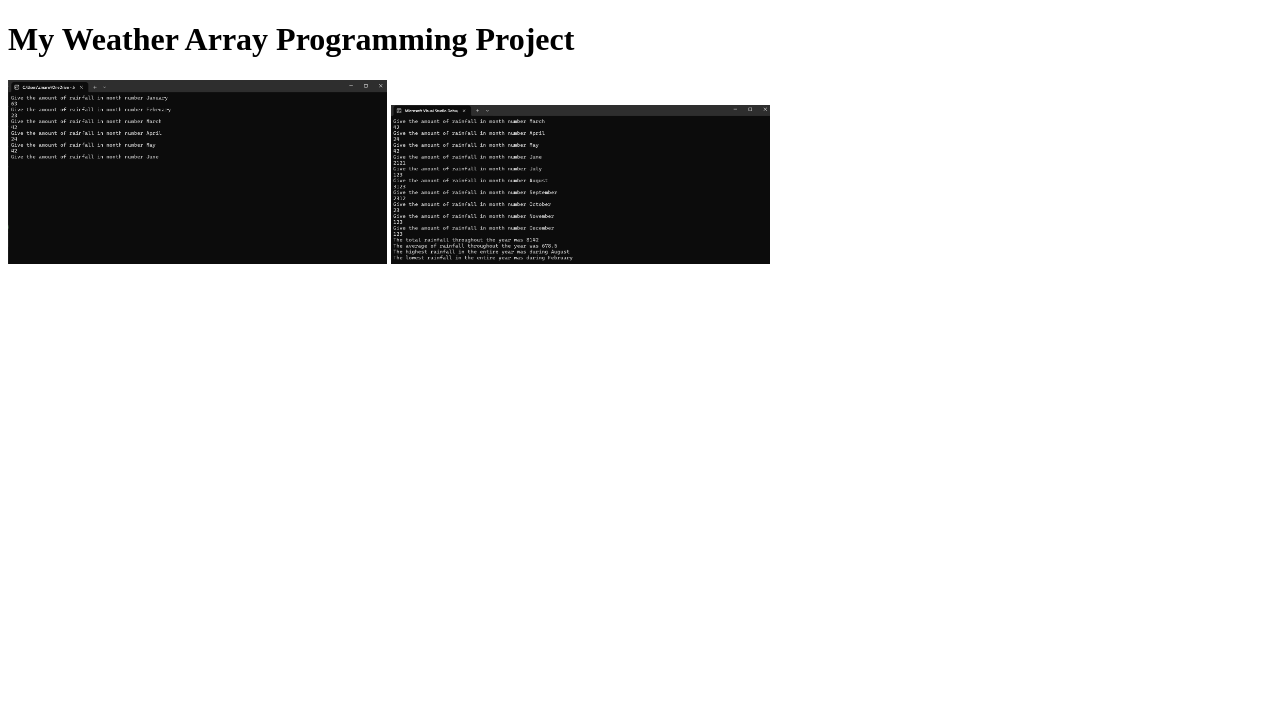
Repository: captainm64/captainm64
Page: projectshow.html
These files come from the project's save history. The page is drawn as it stood at one moment and after the next save; the edit follows.
The browser window is 1280 px wide. The page is 1280 px wide, then 1288 px, so the pictures cover 1288 px, including what lies to the right of the window. The pictures show the whole page.

Above is the page before, as saved 2026-05-06 09:51:38.

### projectshow.html
<!DOCTYPE html>
<html>
    <head>
        <link rel = "stylesheet" href = "./styles/index.css" />
         <link rel = "stylesheet" href = "./styles/global.css" />
         <title>Project</title>
    </head>
<body>

<h1>My Weather Array Programming Project</h1>

<div class = "demos">
 <img src="../../assets/images/demo1.png" alt = "Code demonstration: numbers being put in"/>

 <img src="../../assets/images/demo2.png" alt = "Code demonstration: result"/>
</div>

### styles/index.css
img{

   height: 55%;
   width: 45%;
}

.projtxt{

   display: flex;

   flex-direction: column;

}

.projtxt img {

   height: 100%;
   width: 100%

}

#Main{

font-size: 30rem;
font-family: "timesnewromanbold";
color: rgb(0, 0, 0);


}


/*Tablet*/
@media (min-width: 768px) {

    img{

   height: 55%;
   width: 40%;
   }


.projtxt{

      display: flex;
      flex-direction: row;
      font-size: 40%

   }

   .projtxt img {

   width: 50%

  }

}

/* laptop */
@media(min-width: 1025px)
{
     img{

   height: 55%;
   width: 30%;
   }


   .projtxt{

          display: flex;

      flex-direction: row;

      font-size: 40%
   }


   .projtxt img {

   height: 80%

  }



}

### styles/global.css

@font-face {

    font-family: "timesnewroman";
    src: url(/assests/fonts/timesnewroman.ttf);
}

After the next save:
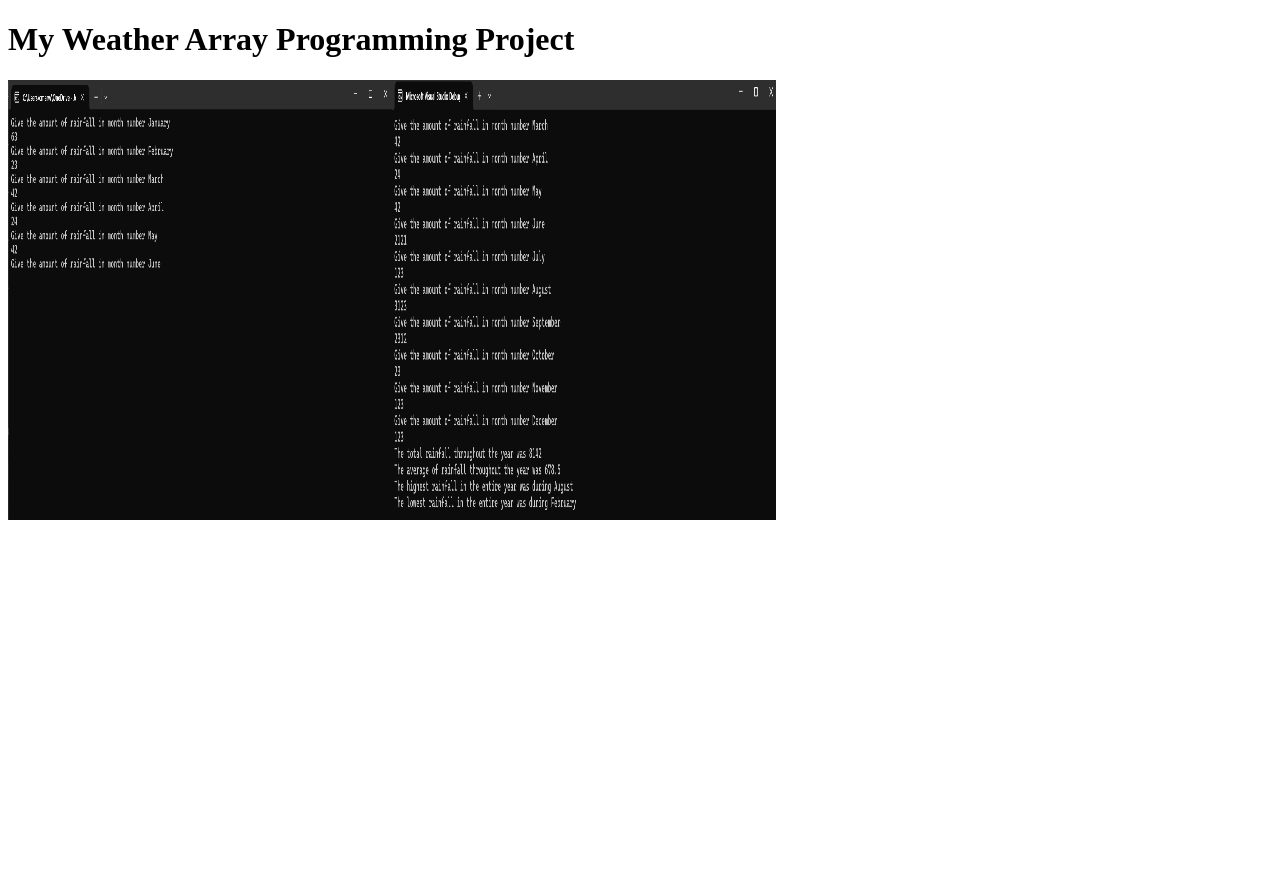
Saved 95 s later.
--- a/styles/index.css
+++ b/styles/index.css
@@ -17,6 +17,19 @@ img{
    height: 100%;
    width: 100%
 
+}
+
+.demos{
+
+   display: flex;
+
+   flex-direction: row;
+}
+
+.demos{
+
+   height: 50rem;
+   width: 80rem
 }
 
 #Main{
